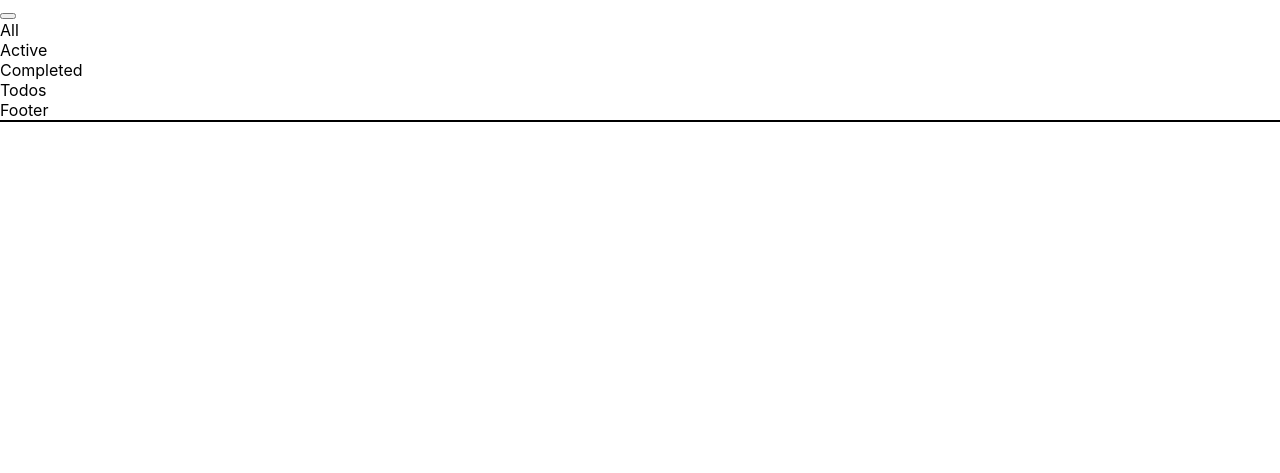
Repository: DongjaJ/React-Todo
Page: / (app in react-todo/)
The author's editor kept a copy of each file at every save. The page is drawn from the files as they stood at one save, then again after the next save.
The browser window is 1280 px wide. The pictures show the whole page.
The project was rebuilt for these pictures with package versions that can differ from the ones it lists, and the page was loaded fresh each time.

Above is the page before, as saved 2023-05-15 13:38:03.

### react-todo/public/index.html
<!DOCTYPE html>
<html lang="en">
	<head>
		<meta charset="utf-8" />
		<link rel="icon" href="%PUBLIC_URL%/favicon.ico" />
		<meta name="viewport" content="width=device-width, initial-scale=1" />
		<meta name="theme-color" content="#000000" />
		<meta
			name="description"
			content="Web site created using create-react-app" />
		<link rel="apple-touch-icon" href="%PUBLIC_URL%/logo192.png" />
		<!--
      manifest.json provides metadata used when your web app is installed on a
      user's mobile device or desktop. See https://developers.google.com/web/fundamentals/web-app-manifest/
    -->
		<link rel="manifest" href="%PUBLIC_URL%/manifest.json" />
		<!--
      Notice the use of %PUBLIC_URL% in the tags above.
      It will be replaced with the URL of the `public` folder during the build.
      Only files inside the `public` folder can be referenced from the HTML.

      Unlike "/favicon.ico" or "favicon.ico", "%PUBLIC_URL%/favicon.ico" will
      work correctly both with client-side routing and a non-root public URL.
      Learn how to configure a non-root public URL by running `npm run build`.
    -->
		<title>📘 Todo</title>
	</head>
	<body>
		<noscript>You need to enable JavaScript to run this app.</noscript>
		<div id="root"></div>
		<!--
      This HTML file is a template.
      If you open it directly in the browser, you will see an empty page.

      You can add webfonts, meta tags, or analytics to this file.
      The build step will place the bundled scripts into the <body> tag.

      To begin the development, run `npm start` or `yarn start`.
      To create a production bundle, use `npm run build` or `yarn build`.
    --></body>
</html>

### react-todo/src/App.js
import './App.css';
import Footer from './components/Footer';
import Header from './components/Header';
import Todos from './components/Todos';

function App() {
	return (
		<div className="App">
			<Header></Header>
			<Todos></Todos>
			<Footer></Footer>
		</div>
	);
}

export default App;

### react-todo/src/App.css
.App {
	outline: 2px solid black;
	/* margin: auto; */
}

### react-todo/src/components/Footer.jsx
import React from 'react';

export default function Footer() {
	return <div>Footer</div>;
}

### react-todo/src/components/Header.jsx
import React from 'react';
import { BsFillSunFill, BsFillMoonFill } from 'react-icons';

export default function Header() {
	return (
		<div className="header">
			<button></button>
			<div className="category-section">
				<section>All</section>
				<section>Active</section>
				<section>Completed</section>
			</div>
		</div>
	);
}

### react-todo/src/components/Todos.jsx
import React from 'react';

export default function Todos() {
	return <div>Todos</div>;
}

Loaded but not shown: react-todo/src/index.js (common file); react-todo/src/index.css (common file); react-todo/src/reportWebVitals.js (common file)

After the next save:
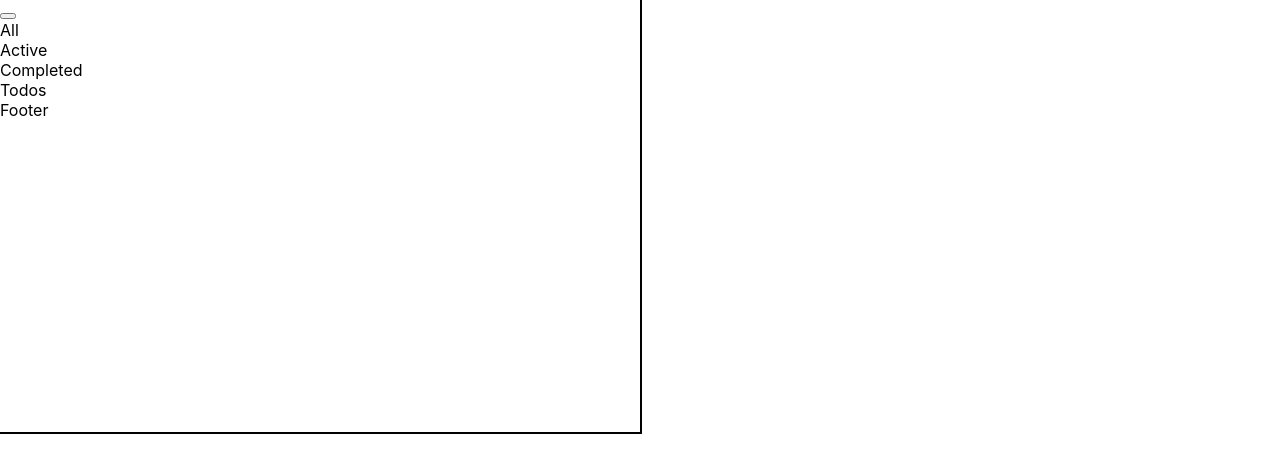
Saved 36 s later.
--- a/react-todo/src/App.css
+++ b/react-todo/src/App.css
@@ -1,4 +1,6 @@
 .App {
 	outline: 2px solid black;
+	width: 50vw;
+	height: 60vh;
 	/* margin: auto; */
 }
